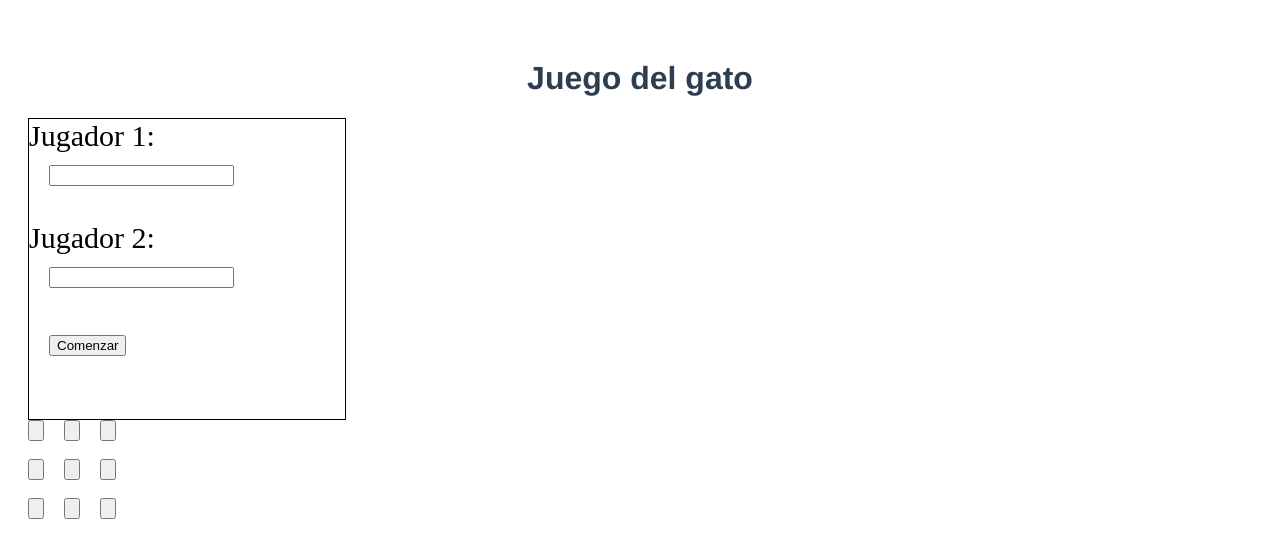
Repository: franciscamanquecheo/Taller-2
Page: / (app in vite-project/)
These files come from the project's save history. The page is drawn as it stood at one moment and after the next save; the edit follows.
The browser window is 1280 px wide. The pictures show the whole page.
The project was rebuilt for these pictures with package versions that can differ from the ones it lists, and the page was loaded fresh each time. Also part of the build but not shown: vite-project/vite.config.ts.

Above is the page before, as saved 2022-06-17 17:38:53.

### vite-project/src/App.vue
<script setup lang="ts">
// This starter template is using Vue 3 <script setup> SFCs
// Check out https://vuejs.org/api/sfc-script-setup.html#script-setup
import HelloWorld from './components/HelloWorld.vue'
</script>

<template>
 <h1>Juego del gato</h1>
<section>
 <article id="comandos">
  Jugador 1:
  <input type="text" id="jugador1"><br><br>
  Jugador 2:
  <input type="text" id="jugador 2"><br><br>
  <input type="button" id="comenzar" value="Comenzar">
  <label id="TurnoJugador"></label>
 </article>
  <article id="Tablero">
    <input type="button" id="casilla1">
    <input type="button" id="casilla2">
    <input type="button" id="casilla3"><br><br>

    <input type="button" id="casilla4">
    <input type="button" id="casilla5">
    <input type="button" id="casilla6"><br><br>

    <input type="button" id="casilla7">
    <input type="button" id="casilla8">
    <input type="button" id="casilla9">



  </article>











</section>
</template>

<style>
h1 {
  font-family: Avenir, Helvetica, Arial, sans-serif;
  -webkit-font-smoothing: antialiased;
  -moz-osx-font-smoothing: grayscale;
  text-align: center;
  color: #2c3e50;
  margin-top: 60px;
}
article#comandos{

  display: inline-block;
  text-align: left;
  border: 1px solid black;
  margin-left: 20px;
font-size: 30px;
vertical-align: top;
min-height: 300px;
width: 25%;

}
input{
   margin-left: 20px;
}
section{
  display: inline-block;
  margin: 0 auto;

  width: 100%;
}
template{
  background-color: #2c3e50;
}
</style>

Loaded but not shown: vite-project/index.html (common file); vite-project/src/main.ts (common file)

After the next save:
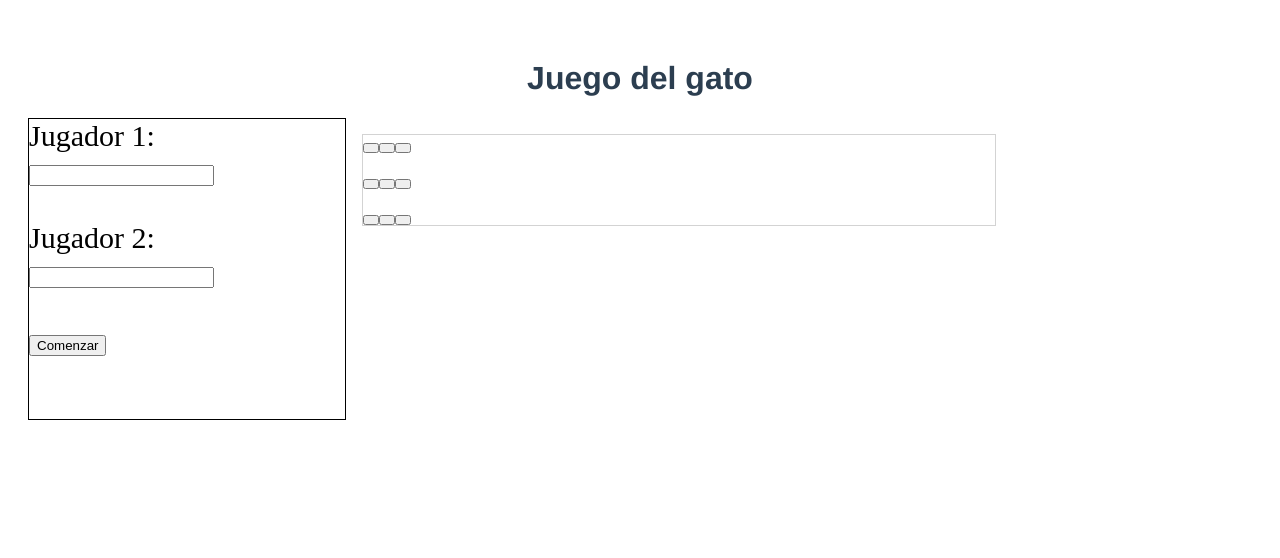
Saved 4 min 18 s later.
--- a/vite-project/src/App.vue
+++ b/vite-project/src/App.vue
@@ -9,6 +9,7 @@ import HelloWorld from './components/HelloWorld.vue'
 <section>
  <article id="comandos">
   Jugador 1:
+
   <input type="text" id="jugador1"><br><br>
   Jugador 2:
   <input type="text" id="jugador 2"><br><br>
@@ -64,11 +65,19 @@ font-size: 30px;
 vertical-align: top;
 min-height: 300px;
 width: 25%;
+}
+article#Tablero{
+  border: 1px solid lightgray;
+  display: inline-block;
+  margin: 1em;
+  width: 50%;
+}
+article#Tablero input{
+  font-size: 3px;;
+}
 
-}
-input{
-   margin-left: 20px;
-}
+
+
 section{
   display: inline-block;
   margin: 0 auto;
